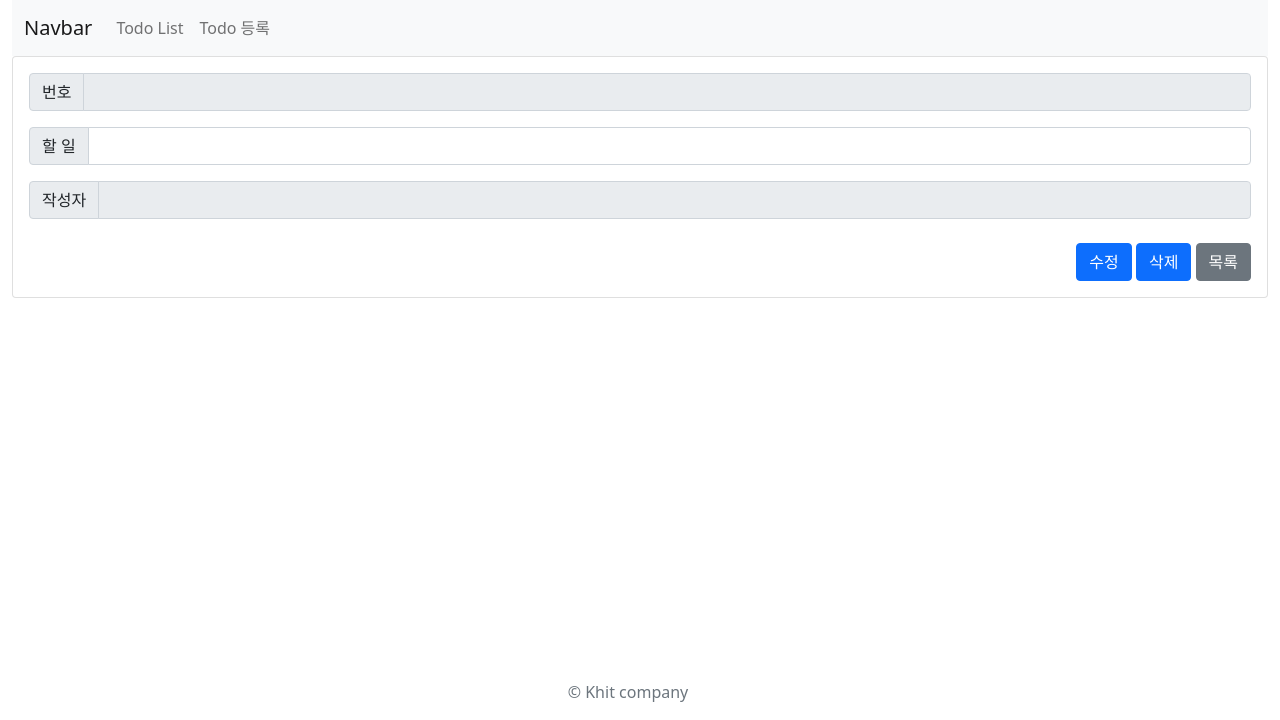
Repository: KyoungHwanJeong/springworks
Page: http://localhost/todoweb/WEB-INF/views/todo/update.jsp
The author's editor kept a copy of each file at every save. The page is drawn from the files as they stood at one save, then again after a run of saves.
The browser window is 1280 px wide. The pictures show the whole page.
The page is served by Tomcat 9. Nobody is signed in. Other server files are loaded and not shown. The template is opened directly, without the code that normally fills it, so the values that code supplies are empty.

Above is the page before, as saved 2024-01-09 02:12:56.

### todoweb/src/main/webapp/WEB-INF/views/todo/update.jsp
<%@ page language="java" contentType="text/html; charset=UTF-8"
    pageEncoding="UTF-8"%>
<!DOCTYPE html>
<html>
<head>
<meta charset="UTF-8">
<title>Todo 보기</title>
</head>
<body>
	<div class="container-fluid">
		<jsp:include page="../layout/header.jsp" />

		<!-- 본문 영역 -->
		<div class="row content">
			<div class="col">
				<div class="card">
					<div class="card-body">
					<form action="/todo/update" method="post">
						<div class="input-group mb-3">
							<span class="input-group-text">번호</span>
							<input type="text" name="tno" class="form-control"
								value="${todo.tno}" readonly>
						</div>
						<div class="input-group mb-3">
							<span class="input-group-text">할 일</span>
							<input type="text" name="title" class="form-control"
								value="${todo.title}">
						</div>
						<div class="input-group mb-3">
							<span class="input-group-text">작성자</span>
							<input type="text" name="writer" class="form-control"
								value="${todo.writer}" readonly>
						</div>
						<div class="my-4">
							<div class="float-end">
								<button type="submit" class="btn btn-primary">수정</button>
								<button class="btn btn-primary">삭제</button>
								<a href="/todo/list">
									<button class="btn btn-secondary">목록</button>
								</a>
							</div>
						</div><!-- 버튼 닫기 -->
						</form>
					</div>
				</div>
			</div>
		</div>	<!-- 본문 영역 닫기 -->
		<jsp:include page="../layout/footer.jsp"></jsp:include>
	</div>

<!-- 자바스크립트 영역 -->
<script>

</script>
</body>
</html>

### todoweb/src/main/webapp/WEB-INF/views/layout/header.jsp
<%@ page language="java" contentType="text/html; charset=UTF-8"
    pageEncoding="UTF-8"%>
<%@ taglib uri="http://java.sun.com/jsp/jstl/core" prefix="c" %>
<link href="https://cdn.jsdelivr.net/npm/bootstrap@5.1.3/dist/css/bootstrap.min.css" rel="stylesheet" integrity="sha384-1BmE4kWBq78iYhFldvKuhfTAU6auU8tT94WrHftjDbrCEXSU1oBoqyl2QvZ6jIW3" crossorigin="anonymous">
<script src="https://cdn.jsdelivr.net/npm/bootstrap@5.1.3/dist/js/bootstrap.bundle.min.js" integrity="sha384-ka7Sk0Gln4gmtz2MlQnikT1wXgYsOg+OMhuP+IlRH9sENBO0LRn5q+8nbTov4+1p" crossorigin="anonymous"></script>
<header>
<nav class="navbar navbar-expand-lg navbar-light bg-light">
  <div class="container-fluid">
    <a class="navbar-brand" href="/">Navbar</a>
    <button class="navbar-toggler" type="button" data-bs-toggle="collapse" data-bs-target="#navbarSupportedContent" aria-controls="navbarSupportedContent" aria-expanded="false" aria-label="Toggle navigation">
      <span class="navbar-toggler-icon"></span>
    </button>
    <div class="collapse navbar-collapse" id="navbarSupportedContent">
      <ul class="navbar-nav me-auto mb-2 mb-lg-0">
        <li class="nav-item">
          <a class="nav-link" href="/todo/paging">Todo List</a>
        </li>
        <li class="nav-item">
          <a class="nav-link" href="/todo/register">Todo 등록</a>
        </li>
      </ul>
    </div>
  </div>
</nav>

</header>

### todoweb/src/main/webapp/WEB-INF/views/layout/footer.jsp
<%@ page language="java" contentType="text/html; charset=UTF-8"
    pageEncoding="UTF-8"%>
<div class="row footer">
	<div class="row fixed-bottom">
		<footer>
			<p class="text-center text-muted">&copy; Khit company</p>
		</footer>
	</div>
</div>

After the next 2 saves:
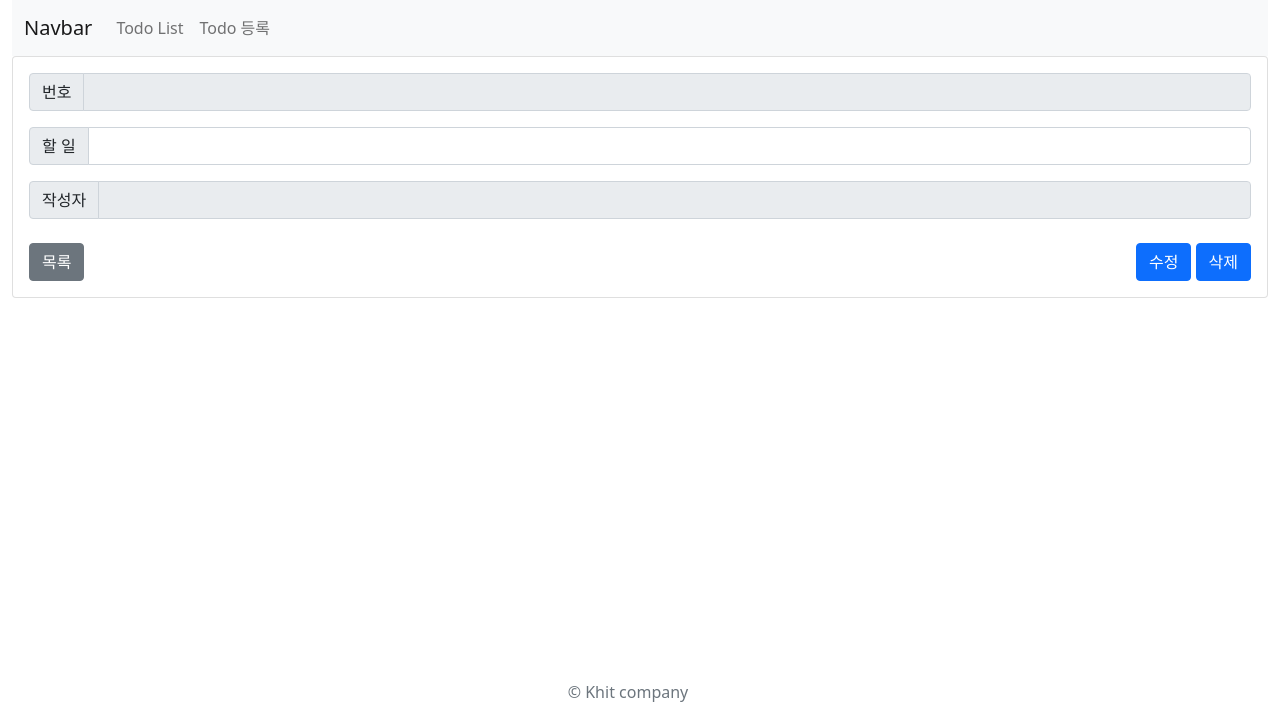
The 2 saves are shown as one change because they came seconds apart.
The last was saved 102 s later.
--- a/todoweb/src/main/webapp/WEB-INF/views/todo/update.jsp
+++ b/todoweb/src/main/webapp/WEB-INF/views/todo/update.jsp
@@ -35,12 +35,13 @@
 							<div class="float-end">
 								<button type="submit" class="btn btn-primary">수정</button>
 								<button class="btn btn-primary">삭제</button>
-								<a href="/todo/list">
-									<button class="btn btn-secondary">목록</button>
-								</a>
+
 							</div>
 						</div><!-- 버튼 닫기 -->
 						</form>
+						<a href="/todo/list">
+									<button class="btn btn-secondary">목록</button>
+								</a>
 					</div>
 				</div>
 			</div>

After the save that followed:
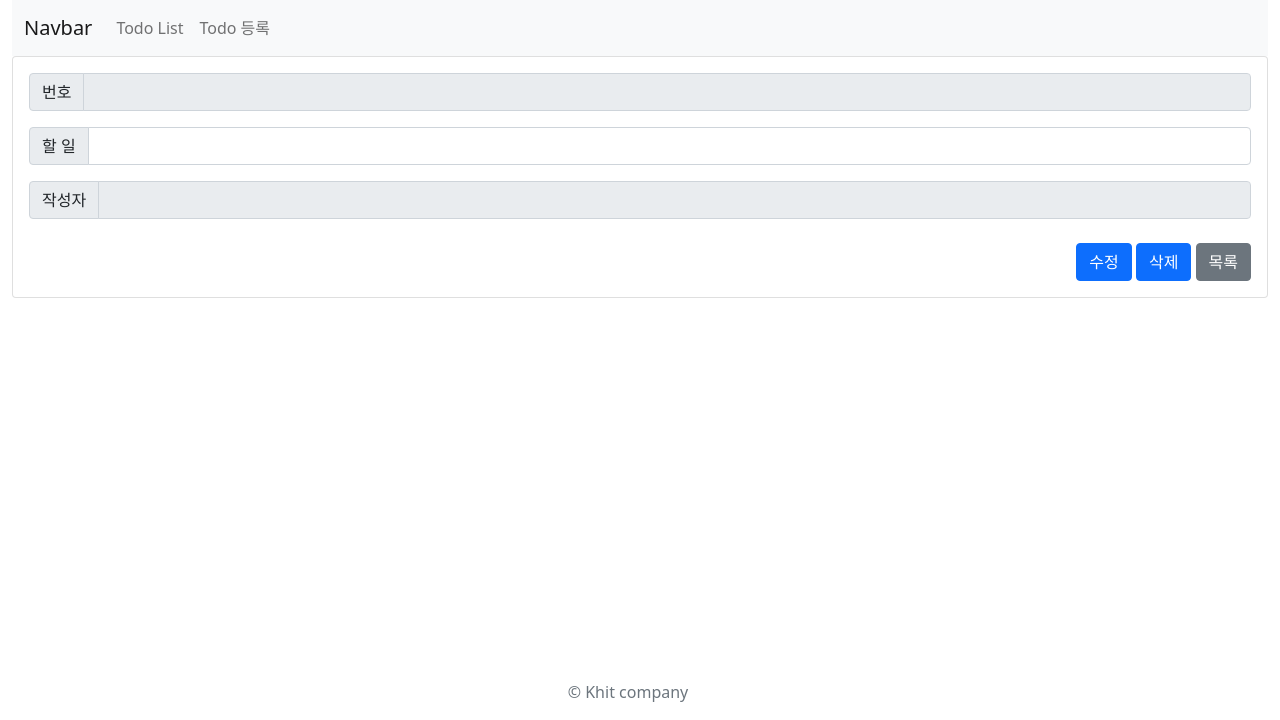
Saved 110 s later.
--- a/todoweb/src/main/webapp/WEB-INF/views/todo/update.jsp
+++ b/todoweb/src/main/webapp/WEB-INF/views/todo/update.jsp
@@ -35,13 +35,10 @@
 							<div class="float-end">
 								<button type="submit" class="btn btn-primary">수정</button>
 								<button class="btn btn-primary">삭제</button>
-
+								<button class="btn btn-secondary">목록</button>
 							</div>
 						</div><!-- 버튼 닫기 -->
 						</form>
-						<a href="/todo/list">
-									<button class="btn btn-secondary">목록</button>
-								</a>
 					</div>
 				</div>
 			</div>
